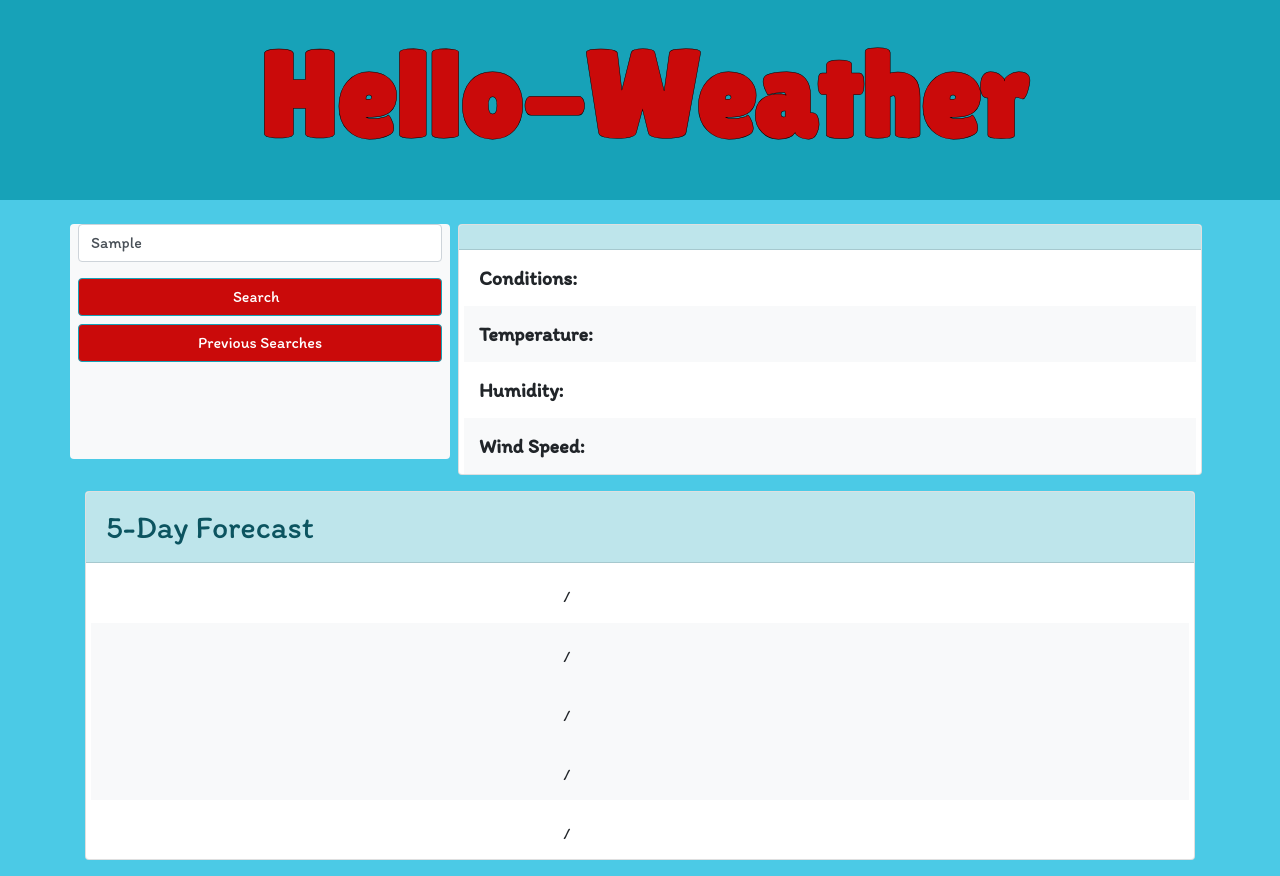
Repository: Jazinha/Hello-kitty-weather
Page: index.html
These files come from the project's save history. The page is drawn as it stood at one moment and after the next save; the edit follows.
The browser window is 1280 px wide. The pictures show the whole page.
Empty fields were first filled with sample values (such as "Sample", 5 or name@example.com).
After loading, the first visible `#search-btn` was clicked once.
The page's requests for data from a server got no answer. Some web libraries are served in a nearby version.

Above is the page before, as saved 2023-02-08 02:35:08.

After the next save:
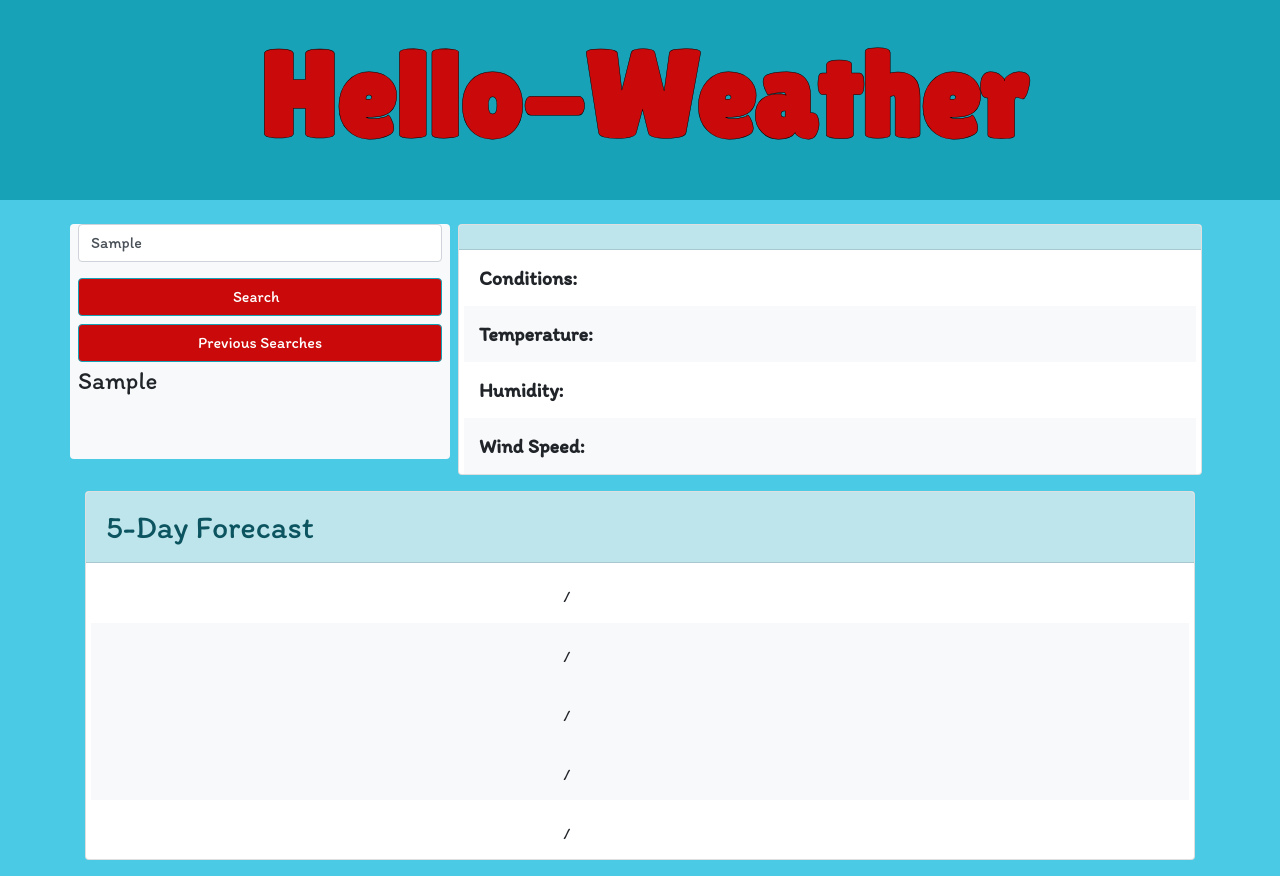
Saved 87 s later.
--- a/script.js
+++ b/script.js
@@ -1,7 +1,11 @@
 function addHistory(city) {
 
     var searchDisplay = document.getElementById("search-history");
+    const p = document.createElement("p");
+    const textNode = document.createTextNode(city);
+    p.appendChild(textNode);
 
+    searchDisplay.appendChild(p);
 
     var oldCities = localStorage.getItem("cities");
 

After the 5 saves that followed:
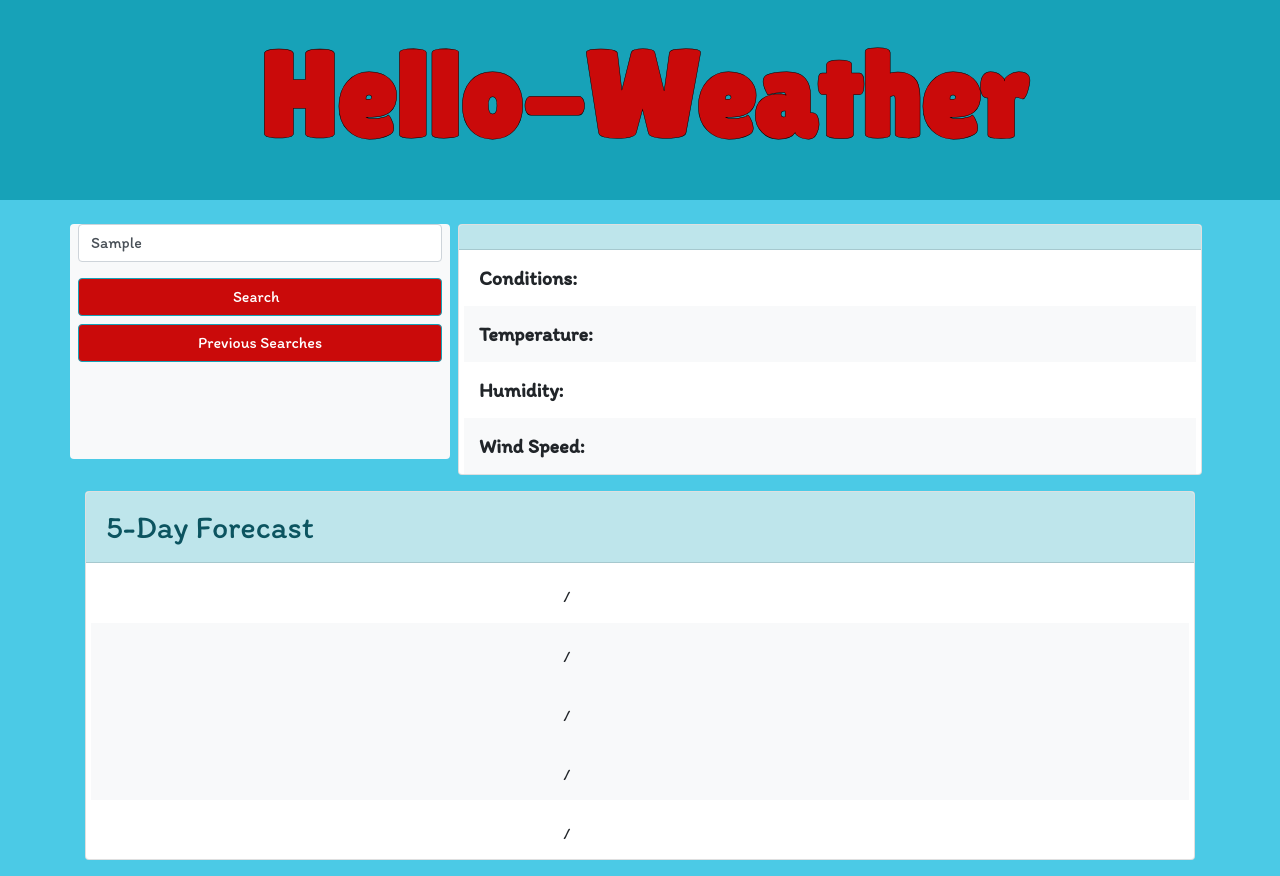
Console error: ReferenceError: p is not defined
The 5 saves are shown as one change because 4 left the picture as it was.
The last was saved 5 min 25 s later.
--- a/script.js
+++ b/script.js
@@ -1,10 +1,13 @@
 function addHistory(city) {
 
     var searchDisplay = document.getElementById("search-history");
-    const p = document.createElement("p");
+    const a = document.createElement("a");
     const textNode = document.createTextNode(city);
-    p.appendChild(textNode);
 
+    a.addEventListener("click", () => {
+        fetchWeather(city);
+    })
+    a.appendChild(textNode);
     searchDisplay.appendChild(p);
 
     var oldCities = localStorage.getItem("cities");
@@ -32,8 +35,9 @@
     // document.getElementById("#search-btn").click();
 }
 
-function fetchWeather(inputTxt, APIKEY)
+function fetchWeather(inputTxt)
 {
+    var APIKEY = '3d90c1ba80e1377a6db30bdf0b2f1488';
     var searchBtn = document.getElementById("search-btn");
     searchBtn.addEventListener("click", () => {
         var inptTextValue = inputTxt.value;
@@ -100,9 +104,8 @@
 
 function init() {
     var inputTxt = document.getElementById("search");
-    var APIKEY = '3d90c1ba80e1377a6db30bdf0b2f1488';
 
-    fetchWeather(inputTxt, APIKEY);
+    fetchWeather(inputTxt);
 
 
 
